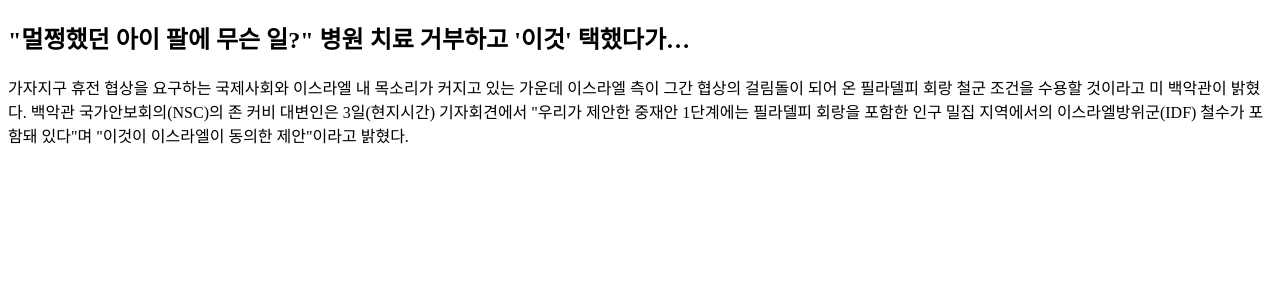
Repository: BaekDoHyeon/Kosta_04_FrontStudy
Page: http://localhost/web18_JQueryUI/tabpages/content2.jsp
These files come from the project's save history. The page is drawn as it stood at one moment and after the next save; the edit follows.
The browser window is 1280 px wide. The pictures show the whole page.
The page is served by Tomcat 9. Other server files are loaded and not shown.

Above is the page before, as saved 2024-09-04 03:08:35.

### work05_BackEnd/web18_JQueryUI/src/main/webapp/tabpages/content2.jsp
<%@ page language="java" contentType="text/html; charset=UTF-8"
    pageEncoding="UTF-8"%>
<!--  1. 서블릿에서 비지니스 로직 호출... 데이터 바인딩... 네비게이션  -->
<!--  2. 여기서 직접 비지니스 로직 호출... 데이터를 출력  -->
<!DOCTYPE html>
<html>
<head>
<meta charset="UTF-8">
<title>Insert title here</title>
</head>
<body>
<h2>"멀쩡했던 아이 팔에 무슨 일?" 병원 치료 거부하고 '이것' 택했다가…</h2>
<p>가자지구 휴전 협상을 요구하는 국제사회와 이스라엘 내 목소리가 커지고 있는 가운데 이스라엘 측이 그간 협상의 걸림돌이 되어 온 필라델피 회랑 철군 조건을 수용할 것이라고 미 백악관이 밝혔다.

백악관 국가안보회의(NSC)의 존 커비 대변인은 3일(현지시간) 기자회견에서 "우리가 제안한 중재안 1단계에는 필라델피 회랑을 포함한 인구 밀집 지역에서의 이스라엘방위군(IDF) 철수가 포함돼 있다"며 "이것이 이스라엘이 동의한 제안"이라고 밝혔다.</p>
</body>
</html>

After the next save:
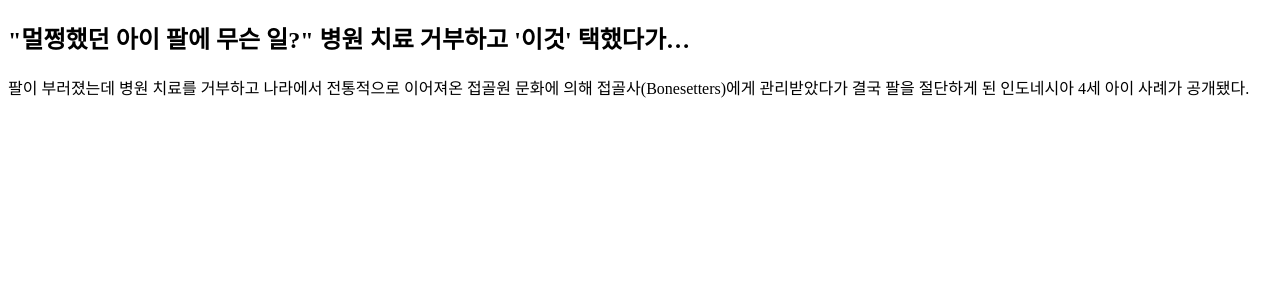
Saved 12 s later.
--- a/work05_BackEnd/web18_JQueryUI/src/main/webapp/tabpages/content2.jsp
+++ b/work05_BackEnd/web18_JQueryUI/src/main/webapp/tabpages/content2.jsp
@@ -10,8 +10,6 @@
 </head>
 <body>
 <h2>"멀쩡했던 아이 팔에 무슨 일?" 병원 치료 거부하고 '이것' 택했다가…</h2>
-<p>가자지구 휴전 협상을 요구하는 국제사회와 이스라엘 내 목소리가 커지고 있는 가운데 이스라엘 측이 그간 협상의 걸림돌이 되어 온 필라델피 회랑 철군 조건을 수용할 것이라고 미 백악관이 밝혔다.
-
-백악관 국가안보회의(NSC)의 존 커비 대변인은 3일(현지시간) 기자회견에서 "우리가 제안한 중재안 1단계에는 필라델피 회랑을 포함한 인구 밀집 지역에서의 이스라엘방위군(IDF) 철수가 포함돼 있다"며 "이것이 이스라엘이 동의한 제안"이라고 밝혔다.</p>
+<p>팔이 부러졌는데 병원 치료를 거부하고 나라에서 전통적으로 이어져온 접골원 문화에 의해 접골사(Bonesetters)에게 관리받았다가 결국 팔을 절단하게 된 인도네시아 4세 아이 사례가 공개됐다.</p>
 </body>
 </html>
